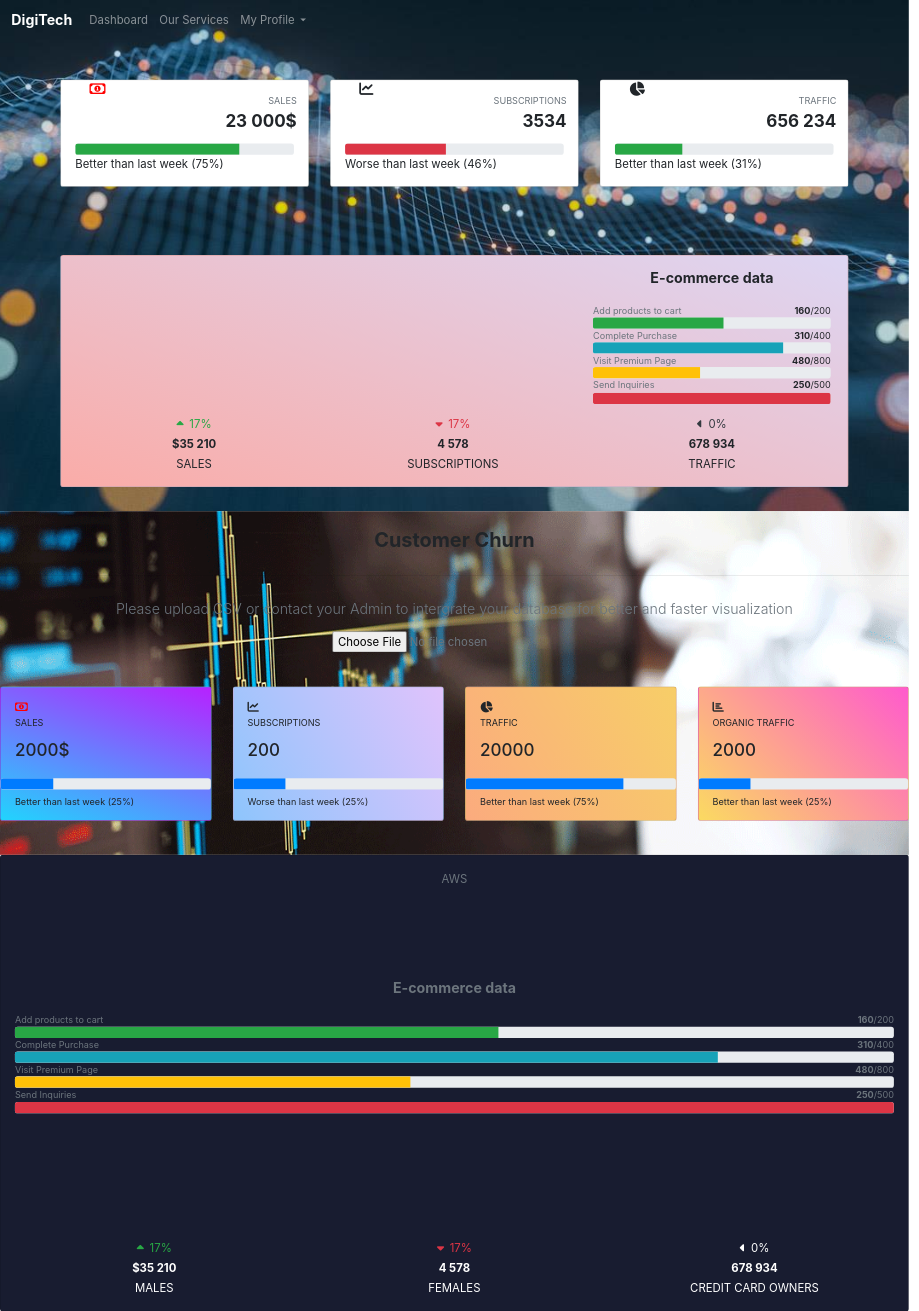
Repository: Tookliin/DigiTech
Page: /data
An editor plug-in stored every save of this project. The page is shown before and after the next save, followed by the edit.
The browser window is 1280 px wide. The page is 1295 px wide, so the pictures cover 1295 px, including what lies to the right of the window. The pictures show the whole page, at 71% of full size.
The project was rebuilt for these pictures with package versions that can differ from the ones it lists, and the page was loaded fresh each time. Also part of the build but not shown: src/components/Dashboard.vue, src/components/Profile.vue, src/components/Error.vue, src/components/Register.vue.

Above is the page before, as saved 2020-07-22 08:38:31.

### src/main.js
import Vue from 'vue';
import App from './App.vue';
import VueRouter from 'vue-router';
// import 'bootstrap-icons';
// import 'bootstrap-icons/icons';
import 'jquery';
import 'popper.js';
import 'bootstrap';
import 'bootstrap/dist/css/bootstrap.min.css';
import './assets/css/main.css';
import '@fortawesome/fontawesome-free/css/all.min.css';
import 'bootstrap-css-only/css/bootstrap.min.css';
import Dashboard from './components/Dashboard.vue';
import Profile from './components/Profile';
import Error from './components/Error.vue';
import Register from './components/Register.vue';
import Organization from './components/Organization.vue';

Vue.use(VueRouter);
Vue.config.productionTip = false

const router = new VueRouter({
routes: [
  {path: '/', component: Dashboard},
  {path: '/profile', component: Profile},
  {path: '/register', component: Register},
  {path: '/data', component: Organization},
  {path: '*', component: Error}
],
mode: 'history'
});
new Vue({
  router,
  render: h => h(App)
}).$mount('#app');

### src/App.vue
<template>
  <div id="app">
    <main class="">
  <nav class="navbar fixed-top navbar-expand-lg navbar-dark scrolling-navbar">
        <a class="navbar-brand" href="/"><strong>DigiTech</strong></a>
        <button class="navbar-toggler" type="button" data-toggle="collapse" data-target="#navbarSupportedContent" aria-controls="navbarSupportedContent" aria-expanded="false" aria-label="Toggle navigation">
            <span class="navbar-toggler-icon"></span>
        </button>
        <div class="collapse navbar-collapse" id="navbarSupportedContent">
            <ul class="navbar-nav mr-auto">
              <router-link to="/">
              <a class="nav-link">Dashboard <span class="sr-only">(current)</span></a></router-link>

                <router-link to="/profile">
                  <a class="nav-link" >Our Services</a>
                </router-link>


                 <li class="nav-item dropdown">
          <a class="nav-link dropdown-toggle" id="navbarDropdownMenuLink-4" data-toggle="dropdown" aria-haspopup="true"
            aria-expanded="false">
           My Profile
          </a>
          <div class="dropdown-menu dropdown-menu-right dropdown-info" aria-labelledby="navbarDropdownMenuLink-4">
             <router-link to="/data">
             <a class="dropdown-item">Account</a></router-link>

             <router-link to="/register">
             <a class="dropdown-item">Register</a></router-link>

             <router-link to="/logout">
             <a class="dropdown-item">Log out</a></router-link>



            <!-- <a class="dropdown-item" href="/data">Our Clients</a> -->
          </div>
        </li>
            </ul>
        </div>
    </nav>
    </main>
    <router-view/>
  </div>
</template>
<script>
export default {
  name: "App",
  components:{

  },
  data(){
    return{}
  }
}
</script>

### src/assets/css/main.css
html,
body,
header,
.view {
  height: 100%;
}

.navbar {
    background-color: transparent;
}

@media (max-width: 740px) {
  html,
  body,
  header,
  .view {
    height: 1200px;
  }
}
@media (min-width: 800px) and (max-width: 850px) {
  html,
  body,
  header,
  .view {
    height: 700px;
  }
}

.top-nav-collapse {
  background-color: #39448c !important;
}

.navbar:not(.top-nav-collapse) {
  background: transparent !important;
}

@media (max-width: 991px) {
 .navbar:not(.top-nav-collapse) {
  background: #39448c !important;
 }
}

.far{
    color: red;
}

.dashboard{
    background-color: #21D4FD;
background-image: -webkit-linear-gradient(19deg, #21D4FD 0%, #B721FF 100%);
background-image: -moz-linear-gradient(19deg, #21D4FD 0%, #B721FF 100%);
background-image: -o-linear-gradient(19deg, #21D4FD 0%, #B721FF 100%);
background-image: linear-gradient(19deg, #21D4FD 0%, #B721FF 100%);
}

.profile{
background-color: #D9AFD9;
background-image: -webkit-linear-gradient(0deg, #D9AFD9 0%, #97D9E1 100%);
background-image: -moz-linear-gradient(0deg, #D9AFD9 0%, #97D9E1 100%);
background-image: -o-linear-gradient(0deg, #D9AFD9 0%, #97D9E1 100%);
background-image: linear-gradient(0deg, #D9AFD9 0%, #97D9E1 100%);

}


 .data{
    /* background-color: #FAACA8;
background-image: -webkit-linear-gradient(19deg, #FAACA8 0%, #DDD6F3 100%);
background-image: -moz-linear-gradient(19deg, #FAACA8 0%, #DDD6F3 100%);
background-image: -o-linear-gradient(19deg, #FAACA8 0%, #DDD6F3 100%);
background-image: linear-gradient(19deg, #FAACA8 0%, #DDD6F3 100%); */
background-image: url("../images/dsa.jpg");
background-position: center;
background-size: cover;;

 }

 .client-card{
     background-color: #FAACA8;
background-image: -webkit-linear-gradient(19deg, #FAACA8 0%, #DDD6F3 100%);
background-image: -moz-linear-gradient(19deg, #FAACA8 0%, #DDD6F3 100%);
background-image: -o-linear-gradient(19deg, #FAACA8 0%, #DDD6F3 100%);
background-image: linear-gradient(19deg, #FAACA8 0%, #DDD6F3 100%);
 }

 .customer-churn{
     /* background-attachment: fixed; */
     background-image: url("../images/ad.gif");
     background-position: center;
     background-size: cover;;
 }
.sales{
    background-color: #21D4FD;
    background-image: -webkit-linear-gradient(19deg, #21D4FD 0%, #B721FF 100%);
    background-image: -moz-linear-gradient(19deg, #21D4FD 0%, #B721FF 100%);
    background-image: -o-linear-gradient(19deg, #21D4FD 0%, #B721FF 100%);
    background-image: linear-gradient(19deg, #21D4FD 0%, #B721FF 100%);
}

.subscription{
    background-color: #8EC5FC;
    background-image: -webkit-linear-gradient(62deg, #8EC5FC 0%, #E0C3FC 100%);
    background-image: -moz-linear-gradient(62deg, #8EC5FC 0%, #E0C3FC 100%);
    background-image: -o-linear-gradient(62deg, #8EC5FC 0%, #E0C3FC 100%);
    background-image: linear-gradient(62deg, #8EC5FC 0%, #E0C3FC 100%);

}

.traffic{
    background-color: #FBAB7E;
    background-image: -webkit-linear-gradient(62deg, #FBAB7E 0%, #F7CE68 100%);
    background-image: -moz-linear-gradient(62deg, #FBAB7E 0%, #F7CE68 100%);
    background-image: -o-linear-gradient(62deg, #FBAB7E 0%, #F7CE68 100%);
    background-image: linear-gradient(62deg, #FBAB7E 0%, #F7CE68 100%);

}

.organic{
    background-color: #FBDA61;
    background-image: -webkit-linear-gradient(45deg, #FBDA61 0%, #FF5ACD 100%);
    background-image: -moz-linear-gradient(45deg, #FBDA61 0%, #FF5ACD 100%);
    background-image: -o-linear-gradient(45deg, #FBDA61 0%, #FF5ACD 100%);
    background-image: linear-gradient(45deg, #FBDA61 0%, #FF5ACD 100%);

}

### src/components/Organization.vue
<template>

<div class="">
<div class="data" style="height: 100vh;">

<div class="container ">
    <div class="row">
      <div class="col-lg-4 col-md-12 py-5 my-5">
        <div class="card mt-3">

          <div class="">
            <i class="far fa-money-bill-alt fa-lg primary-color z-depth-2 p-4 ml-3 mt-n3 rounded text-black"></i>
            <div class="float-right text-right p-3">
              <p class="text-uppercase text-muted mb-1"><small>sales</small></p>
              <h4 class="font-weight-bold mb-0">23 000$</h4>
            </div>
          </div>

          <div class="card-body pt-0">
            <div class="progress md-progress">
              <div class="progress-bar bg-success" role="progressbar" style="width: 75%" aria-valuenow="75" aria-valuemin="0"
                aria-valuemax="100"></div>
            </div>
            <p class="card-text">Better than last week (75%)</p>
          </div>
        </div>
      </div>

      <div class="col-lg-4 col-md-6 my-5 py-5">
        <div class="card mt-3">
          <div class="">
            <i class="fas fa-chart-line fa-lg teal z-depth-2 p-4 ml-3 mt-n3 rounded text-black"></i>
            <div class="float-right text-right p-3">
              <p class="text-uppercase text-muted mb-1"><small>subscriptions</small></p>
              <h4 class="font-weight-bold mb-0">3534</h4>
            </div>
          </div>
          <div class="card-body pt-0">
            <div class="progress md-progress">
              <div class="progress-bar bg-danger" role="progressbar" style="width: 46%" aria-valuenow="46" aria-valuemin="0"
                aria-valuemax="100"></div>
            </div>
            <p class="card-text">Worse than last week (46%)</p>
          </div>
        </div>
      </div>

      <div class="col-lg-4 col-md-6 my-5 py-5">
        <div class="card mt-3">
          <div class="">
            <i class="fas fa-chart-pie fa-lg purple z-depth-2 p-4 ml-3 mt-n3 rounded text-black"></i>
            <div class="float-right text-right p-3">
              <p class="text-uppercase text-muted mb-1"><small>traffic</small></p>
              <h4 class="font-weight-bold mb-0">656 234</h4>
            </div>
          </div>
          <div class="card-body pt-0">
            <div class="progress md-progress">
              <div class="progress-bar bg-success" role="progressbar" style="width: 31%" aria-valuenow="31" aria-valuemin="0"
                aria-valuemax="100"></div>
            </div>
            <p class="card-text">Better than last week (31%)</p>
          </div>
        </div>
      </div>
    </div>


    <!-- Client Behaviour -->
 <section>
      <div class=" client-card card">
        <div class="card-body mr-md-1">
          <div class="row mb-3">
            <div class="col-md-8 mb-4">
              <canvas id="barChart" height="100"></canvas>
            </div>
            <div class="col-md-4 mb-1 mb-md-0">
              <h5 class="text-center font-weight-bold mb-4">E-commerce data</h5>
              <div class="d-flex justify-content-between">
                <small class="text-muted">Add products to cart</small>
                <small><span><strong>160</strong></span>/<span></span>200</small>
              </div>
              <div class="progress md-progress">
                <div class="progress-bar bg-success" role="progressbar" style="width: 55%" aria-valuenow="55"
                  aria-valuemin="0" aria-valuemax="100"></div>
              </div>
              <div class="d-flex justify-content-between">
                <small class="text-muted">Complete Purchase</small>
                <small><span><strong>310</strong></span>/<span></span>400</small>
              </div>
              <div class="progress md-progress">
                <div class="progress-bar bg-info" role="progressbar" style="width: 80%" aria-valuenow="80"
                  aria-valuemin="0" aria-valuemax="100"></div>
              </div>
              <div class="d-flex justify-content-between">
                <small class="text-muted">Visit Premium Page</small>
                <small><span><strong>480</strong></span>/<span></span>800</small>
              </div>
              <div class="progress md-progress">
                <div class="progress-bar bg-warning" role="progressbar" style="width: 45%" aria-valuenow="45"
                  aria-valuemin="0" aria-valuemax="100"></div>
              </div>
              <div class="d-flex justify-content-between">
                <small class="text-muted">Send Inquiries</small>
                <small><span><strong>250</strong></span>/<span></span>500</small>
              </div>
              <div class="progress md-progress">
                <div class="progress-bar bg-danger" role="progressbar" style="width: 100%" aria-valuenow="100"
                  aria-valuemin="0" aria-valuemax="100"></div>
              </div>
            </div>
          </div>
          <div class="row text-center">
            <div class="col-md-4 mb-4 mb-md-0">
              <p class="text-success mb-1"><i class="fas fa-caret-up mr-2"></i>17%</p>
              <p class="font-weight-bold mb-1">$35 210</p>
              <p class="text-uppercase mb-md-0">Sales</p>
            </div>
            <div class="col-md-4 mb-4 mb-md-0">
              <p class="text-danger mb-1"><i class="fas fa-caret-down mr-2"></i>17%</p>
              <p class="font-weight-bold mb-1">4 578</p>
              <p class="text-uppercase mb-md-0">Subscriptions</p>
            </div>
            <div class="col-md-4 mb-0">
              <p class="text-dark mb-1"><i class="fas fa-caret-left mr-2"></i>0%</p>
              <p class="font-weight-bold mb-1">678 934</p>
              <p class="text-uppercase mb-0">Traffic</p>
            </div>
          </div>
        </div>
      </div>
    </section>
    </div>
    </div>

<!-- Customer Churn -->
<section class=" customer-churn py-4">

    <h3 class="font-weight-bold text-center dark-grey-text pb-2">
        Customer Churn</h3>
    <hr class="w-header my-4">
    <p class="lead text-center text-muted pt-2 mb-3">Please upload CSV or contact your Admin to intergrate your database for better and faster visualization

    </p>
    <div class="text-center text-muted mb-5">
        <input type="file" name="form" id="form">
        <a class="primary-color"></a>
    </div>


    <div class="row white-text">
      <div class="col-xl-3 col-md-6 mb-4">
        <div class="sales card classic-admin-card primary-color">
          <div class="card-body py-3">
            <i class="far fa-money-bill-alt"></i>
            <p class="small">SALES</p>
            <h4>2000$</h4>
          </div>
          <div class="progress md-progress">
            <div class="progress-bar grey darken-3" role="progressbar" style="width: 25%" aria-valuenow="25" aria-valuemin="0" aria-valuemax="100"></div>
          </div>
          <div class="card-body pt-2 pb-3">
            <p class="small mb-0">Better than last week (25%)</p>
          </div>
        </div>
      </div>

      <div class="col-xl-3 col-md-6 mb-4">
        <div class="subscription card classic-admin-card warning-color">
          <div class="card-body py-3">
            <i class="fas fa-chart-line"></i>
            <p class="small">SUBSCRIPTIONS</p>
            <h4>200</h4>
          </div>
          <div class="progress md-progress">
            <div class="progress-bar bg grey darken-3" role="progressbar" style="width: 25%" aria-valuenow="25" aria-valuemin="0" aria-valuemax="100"></div>
          </div>
          <div class="card-body pt-2 pb-3">
            <p class="small mb-0">Worse than last week (25%)</p>
          </div>
        </div>
      </div>

      <div class="col-xl-3 col-md-6 mb-4">
        <div class="traffic card classic-admin-card light-blue lighten-1">
          <div class="card-body py-3">
            <i class="fas fa-chart-pie"></i>
            <p class="small">TRAFFIC</p>
            <h4>20000</h4>
          </div>
          <div class="progress md-progress">
            <div class="progress-bar grey darken-3" role="progressbar" style="width: 75%" aria-valuenow="75" aria-valuemin="0" aria-valuemax="100"></div>
          </div>
          <div class="card-body pt-2 pb-3">
            <p class="small mb-0">Better than last week (75%)</p>
          </div>
        </div>
      </div>

      <div class="col-xl-3 col-md-6 mb-4">
        <div class="organic card classic-admin-card red accent-2">
          <div class="card-body py-3">
            <i class="fas fa-chart-bar"></i>
            <p class="small">ORGANIC TRAFFIC</p>
            <h4>2000</h4>
          </div>
          <div class="progress md-progress">
            <div class="progress-bar grey darken-3" role="progressbar" style="width: 25%" aria-valuenow="25" aria-valuemin="0" aria-valuemax="100"></div>
          </div>
          <div class="card-body pt-2 pb-3">
            <p class="small mb-0">Better than last week (25%)</p>
          </div>
        </div>
      </div>
    </div>
  </section>


   <section>

    <div class="card" style="background-color: #181C30;">
      <div class="card-body">

            <div class="text-center text-muted mb-5">

                <a class="primary-color">AWS</a>
                     <div class=" ">
            <div class="col-md-8 mb-4">
              <canvas id="barChart" height="100"></canvas>
            </div>
            <div class="col-mb-4 mb-1 mb-md-0">
              <h5 class="text-center font-weight-bold mb-4">E-commerce data</h5>
              <div class="d-flex justify-content-between">
                <small class="text-muted">Add products to cart</small>
                <small><span><strong>160</strong></span>/<span></span>200</small>
              </div>
              <div class="progress md-progress">
                <div class="progress-bar bg-success" role="progressbar" style="width: 55%" aria-valuenow="55"
                  aria-valuemin="0" aria-valuemax="100"></div>
              </div>
              <div class="d-flex justify-content-between">
                <small class="text-muted">Complete Purchase</small>
                <small><span><strong>310</strong></span>/<span></span>400</small>
              </div>
              <div class="progress md-progress">
                <div class="progress-bar bg-info" role="progressbar" style="width: 80%" aria-valuenow="80"
                  aria-valuemin="0" aria-valuemax="100"></div>
              </div>
              <div class="d-flex justify-content-between">
                <small class="text-muted">Visit Premium Page</small>
                <small><span><strong>480</strong></span>/<span></span>800</small>
              </div>
              <div class="progress md-progress">
                <div class="progress-bar bg-warning" role="progressbar" style="width: 45%" aria-valuenow="45"
                  aria-valuemin="0" aria-valuemax="100"></div>
              </div>
              <div class="d-flex justify-content-between">
                <small class="text-muted">Send Inquiries</small>
                <small><span><strong>250</strong></span>/<span></span>500</small>
              </div>
              <div class="progress md-progress">
                <div class="progress-bar bg-danger" role="progressbar" style="width: 100%" aria-valuenow="100"
                  aria-valuemin="0" aria-valuemax="100"></div>
              </div>
            </div>
          </div>
                </div>



        <canvas id="lineChart" class="mb-4" height="100"></canvas>

        <!--Grid row-->
        <div class="row text-center text-white">


          <!--Grid column-->
          <div class="col-md-4 mb-4 mb-md-0">

            <p class="text-success mb-1"><i class="fas fa-caret-up mr-2"></i>17%</p>
            <p class="font-weight-bold mb-1">$35 210</p>
            <p class="text-uppercase mb-md-0">Males</p>

          </div>
          <!--Grid column-->

          <!--Grid column-->
          <div class="col-md-4 mb-4 mb-md-0">

            <p class="text-danger mb-1"><i class="fas fa-caret-down mr-2"></i>17%</p>
            <p class="font-weight-bold mb-1">4 578</p>
            <p class="text-uppercase mb-md-0">Females</p>

          </div>
          <!--Grid column-->

          <!--Grid column-->
          <div class="col-md-4 mb-0">

            <p class="text-grey mb-1"><i class="fas fa-caret-left mr-2"></i>0%</p>
            <p class="font-weight-bold mb-1">678 934</p>
            <p class="text-uppercase mb-0">Credit Card Owners</p>
          </div>
        </div>

      </div>
    </div>
  </section>


    </div>
</template>
<script>
export default {
    name: 'Profile',
    props:{


    }, data() {
        return {
            male: 8137,
            labels: ["Red", "Blue", "Yellow", "Green", "Purple", "Orange"],




        }
    },
    mounted() {

    this.ctxB = document.getElementById("barChart").getContext('2d');
    this.myBarChart =  {
      type: 'bar',
      data: {
        labels: ["Red", "Blue", "Yellow", "Green", "Purple", "Orange"],
        datasets: [{
          label: '# of Votes',
          data: [12, 19, 3, 5, 2, 3],
          backgroundColor: [
            'rgba(255, 99, 132, 0.2)',
            'rgba(54, 162, 235, 0.2)',
            'rgba(255, 206, 86, 0.2)',
            'rgba(75, 192, 192, 0.2)',
            'rgba(153, 102, 255, 0.2)',
            'rgba(255, 159, 64, 0.2)'
          ],
          borderColor: [
            'rgba(255,99,132,1)',
            'rgba(54, 162, 235, 1)',
            'rgba(255, 206, 86, 1)',
            'rgba(75, 192, 192, 1)',
            'rgba(153, 102, 255, 1)',
            'rgba(255, 159, 64, 1)'
          ],
          borderWidth: 1
        }]
      },
      options: {
        scales: {
          yAxes: [{
            ticks: {
              beginAtZero: true
            }
          }]
        }
      }
    };
    },
    methods: {

    },
}
</script>

Loaded but not shown: public/index.html (common file)

After the next save:
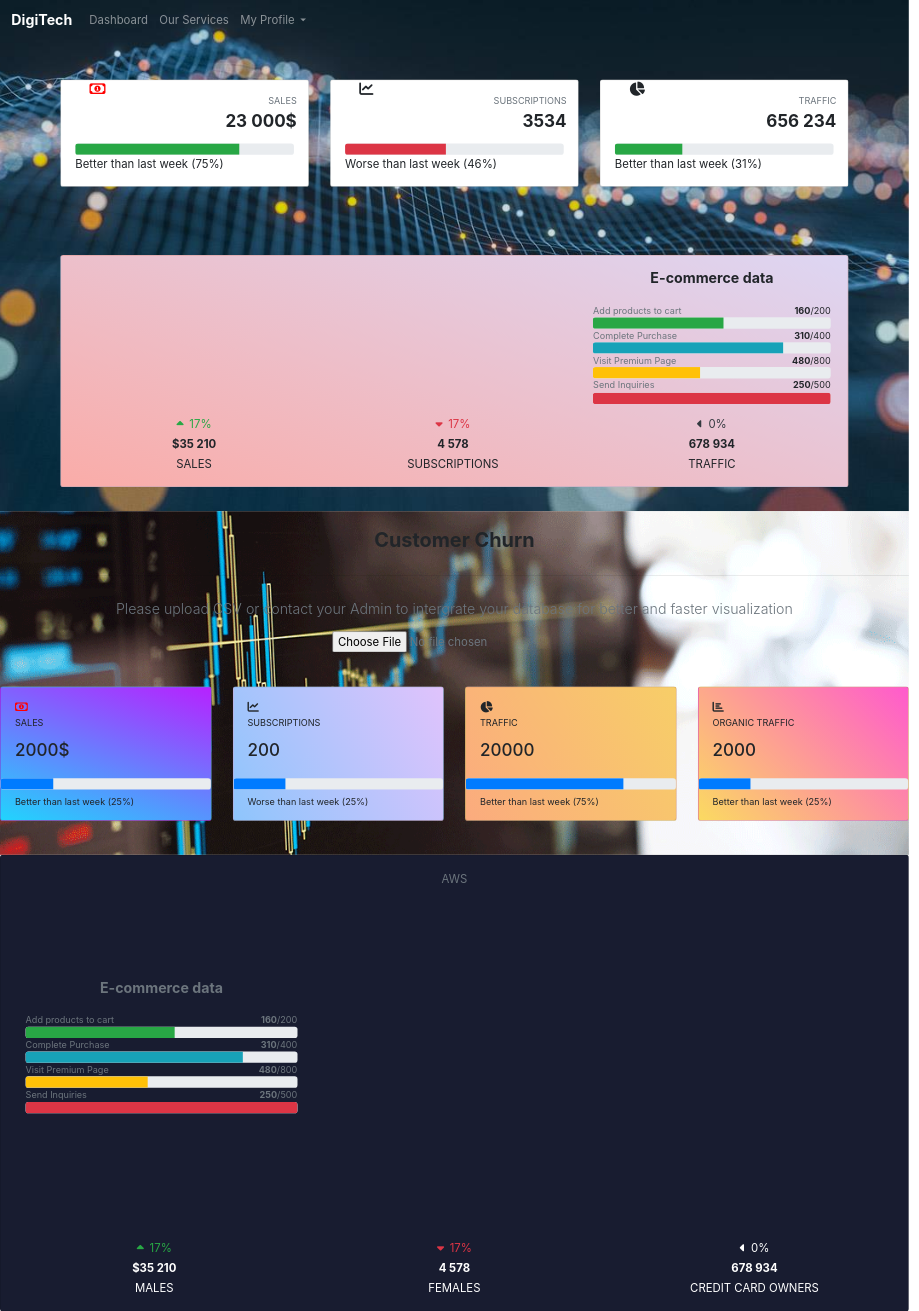
Saved 7 s later.
--- a/src/components/Organization.vue
+++ b/src/components/Organization.vue
@@ -228,7 +228,7 @@
             <div class="col-md-8 mb-4">
               <canvas id="barChart" height="100"></canvas>
             </div>
-            <div class="col-mb-4 mb-1 mb-md-0">
+            <div class="col-md-4 mb-1 mb-md-0">
               <h5 class="text-center font-weight-bold mb-4">E-commerce data</h5>
               <div class="d-flex justify-content-between">
                 <small class="text-muted">Add products to cart</small>
